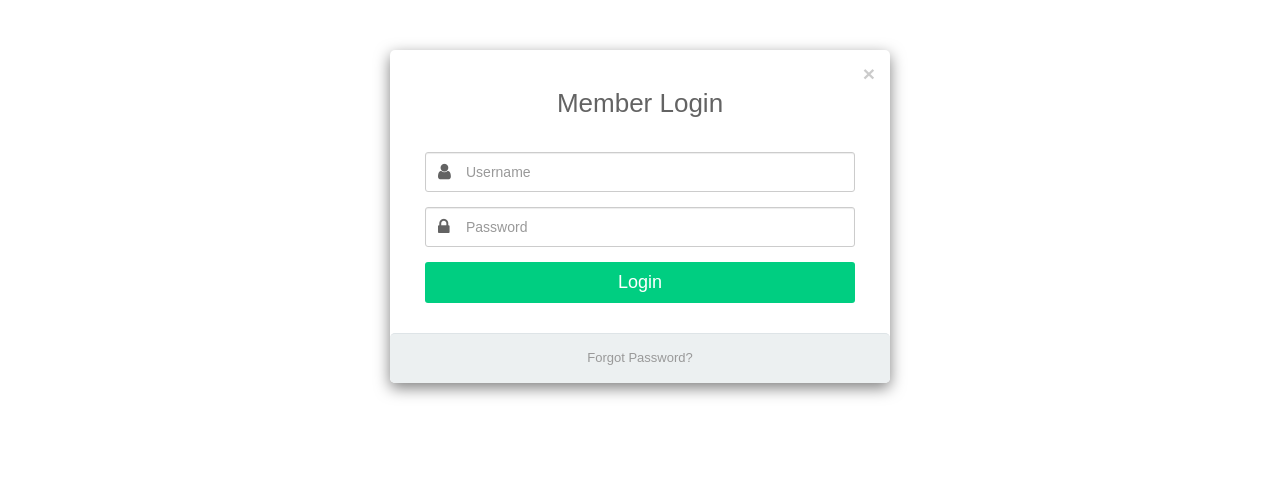
Repository: thuliobarbosa/Make_and_Cia
Page: Projeto_Make&Cia/MakeAndCia/WebContent/www/login.html
The author's editor kept a copy of each file at every save. The page is drawn from the files as they stood at one save, then again after a run of saves.
The browser window is 1280 px wide. The pictures show the whole page.
Some web fonts or font styles are not loaded; a fallback is used.

Above is the page before, as saved 2020-11-10 19:47:53.

### Projeto_Make&Cia/MakeAndCia/WebContent/www/login.html
<!DOCTYPE html>
<html lang="en">
<head>
<meta charset="utf-8">
<meta http-equiv="X-UA-Compatible" content="IE=edge">
<meta name="viewport" content="width=device-width, initial-scale=1">
<title>Bootstrap Elegant Modal Login Modal Form with Icons</title>
<link href="https://fonts.googleapis.com/css?family=Roboto|Varela+Round" rel="stylesheet">
<link rel="stylesheet" href="https://maxcdn.bootstrapcdn.com/font-awesome/4.7.0/css/font-awesome.min.css">
<link rel="stylesheet" href="https://maxcdn.bootstrapcdn.com/bootstrap/3.3.7/css/bootstrap.min.css">
<script src="https://ajax.googleapis.com/ajax/libs/jquery/1.12.4/jquery.min.js"></script>
<script src="https://maxcdn.bootstrapcdn.com/bootstrap/3.3.7/js/bootstrap.min.js"></script>
<style>
    body {
		font-family: 'Varela Round', sans-serif;
	}
	.modal-login {
		color: #636363;
		width: 500px;
		height: 500px;
		margin: 50px auto;
	}
	.modal-login .modal-content {
		padding: 20px;
		border-radius: 5px;
		border: none;
	}
	.modal-login .modal-header {
		border-bottom: none;
		position: relative;
		justify-content: center;
	}
	.modal-login h4 {
		text-align: center;
		font-size: 26px;
	}
	.modal-login  .form-group {
		position: relative;
	}
	.modal-login i {
		position: absolute;
		left: 13px;
		top: 11px;
		font-size: 18px;
	}
	.modal-login .form-control {
		padding-left: 40px;
	}
	.modal-login .form-control:focus {
		border-color: #00ce81;
	}
	.modal-login .form-control, .modal-login .btn {
		min-height: 40px;
		border-radius: 3px;
	}
	.modal-login .hint-text {
		text-align: center;
		padding-top: 10px;
	}
	.modal-login .close {
        position: absolute;
		top: -5px;
		right: -5px;
	}
	.modal-login .btn {
		background: #00ce81;
		border: none;
		line-height: normal;
	}
	.modal-login .btn:hover, .modal-login .btn:focus {
		background: #00bf78;
	}
	.modal-login .modal-footer {
		background: #ecf0f1;
		border-color: #dee4e7;
		text-align: center;
		margin: 0 -20px -20px;
		border-radius: 5px;
		font-size: 13px;
		justify-content: center;
	}
	.modal-login .modal-footer a {
		color: #999;
	}
	.trigger-btn {
		display: inline-block;
		margin: 100px auto;
	}
</style>
</head>
<body>

<!-- Modal HTML -->
	<div class="modal-dialog modal-login">
		<div class="modal-content">
			<div class="modal-header">
				<h4 class="modal-title">Member Login</h4>
				<button type="button" class="close" data-dismiss="modal" aria-hidden="true">&times;</button>
			</div>
			<div class="modal-body">
				<form action="/examples/actions/confirmation.php" method="post">
					<div class="form-group">
						<i class="fa fa-user"></i>
						<input type="text" class="form-control" placeholder="Username" required="required">
					</div>
					<div class="form-group">
						<i class="fa fa-lock"></i>
						<input type="password" class="form-control" placeholder="Password" required="required">
					</div>
					<div class="form-group">
						<input type="submit" class="btn btn-primary btn-block btn-lg" value="Login">
					</div>
				</form>
			</div>
			<div class="modal-footer">
				<a href="#">Forgot Password?</a>
			</div>
		</div>
	</div>
</body>
</html>

After the next 2 saves:
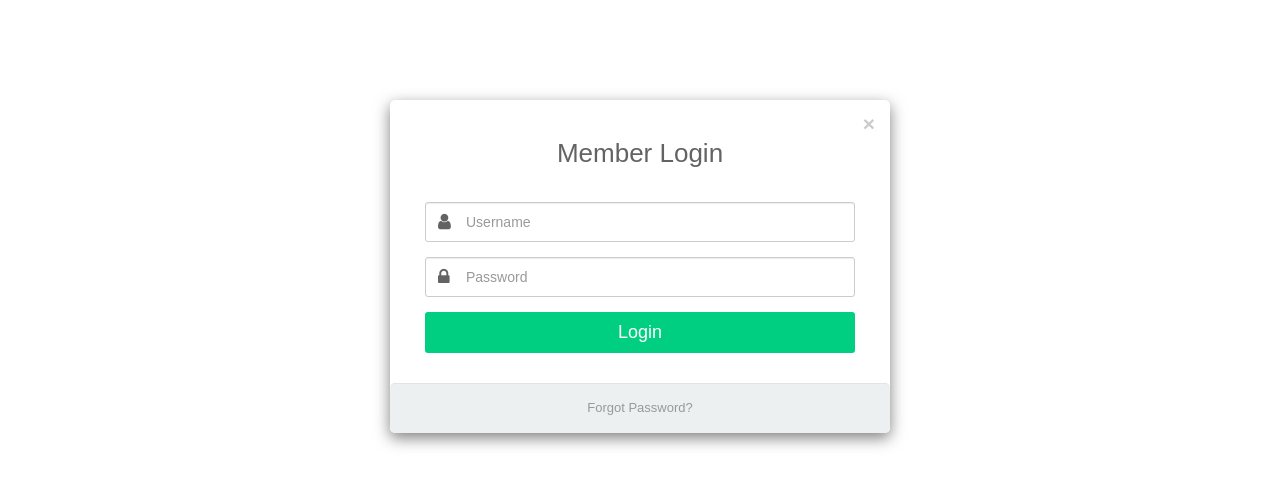
The 2 saves are shown as one change because they came seconds apart.
The last was saved 10 s later.
--- a/Projeto_Make&Cia/MakeAndCia/WebContent/www/login.html
+++ b/Projeto_Make&Cia/MakeAndCia/WebContent/www/login.html
@@ -17,8 +17,7 @@
 	.modal-login {
 		color: #636363;
 		width: 500px;
-		height: 500px;
-		margin: 50px auto;
+		margin: 100px auto;
 	}
 	.modal-login .modal-content {
 		padding: 20px;

After the save that followed:
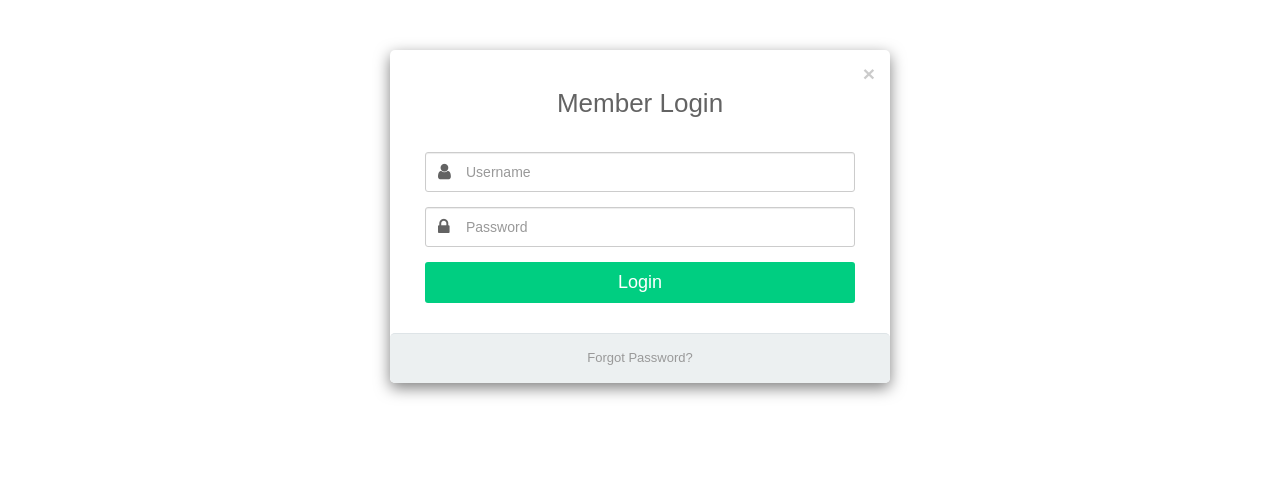
Saved 6 s later.
--- a/Projeto_Make&Cia/MakeAndCia/WebContent/www/login.html
+++ b/Projeto_Make&Cia/MakeAndCia/WebContent/www/login.html
@@ -17,7 +17,7 @@
 	.modal-login {
 		color: #636363;
 		width: 500px;
-		margin: 100px auto;
+		margin: 50px auto;
 	}
 	.modal-login .modal-content {
 		padding: 20px;
